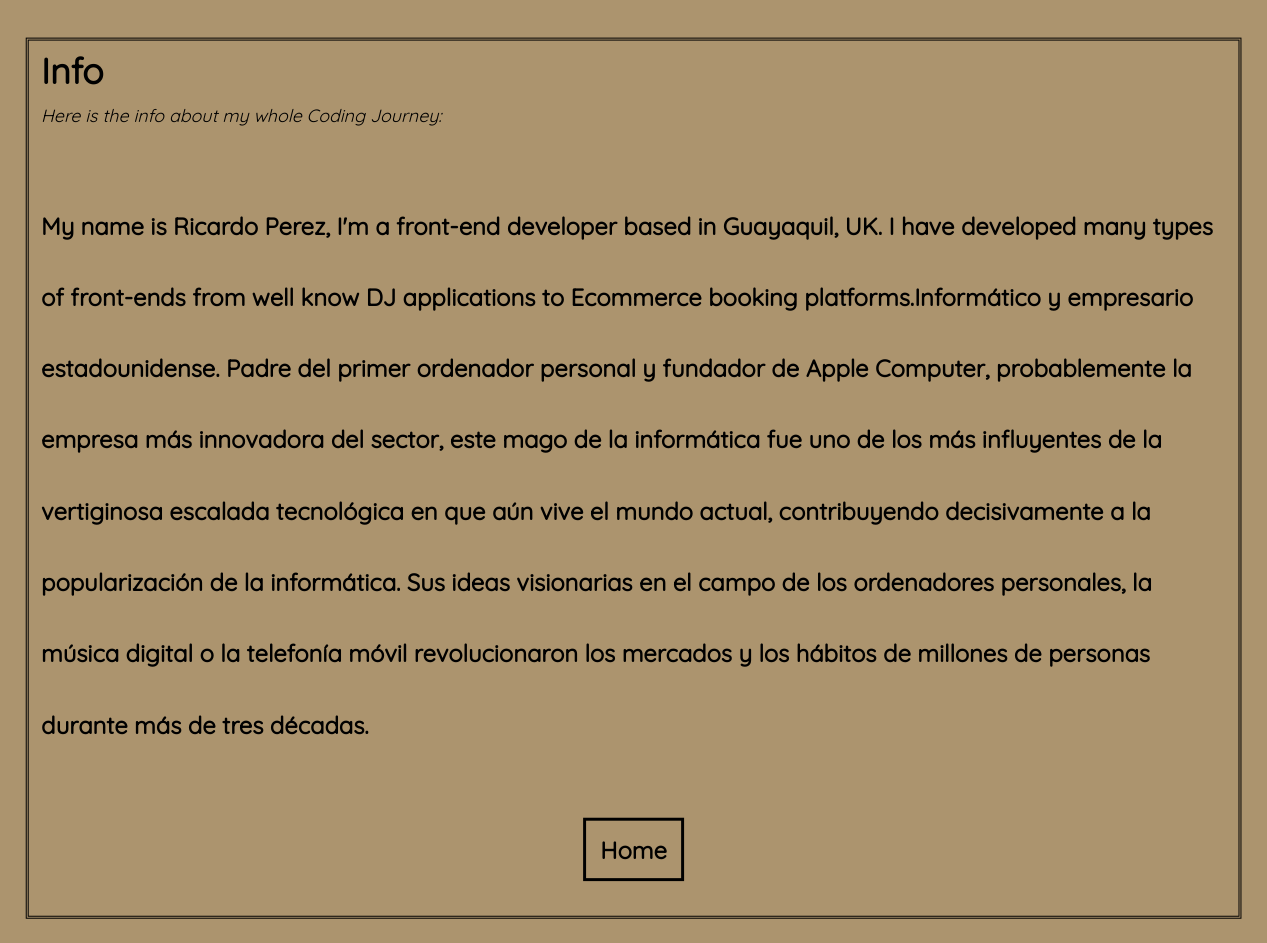
Repository: rickypcyt/ricky-react-portfolio
Page: /Info
An editor plug-in stored every save of this project. The page is shown before and after a run of saves, followed by the edit.
The browser window is 1280 px wide. The pictures show the whole page, at 99% of full size.
The project was rebuilt for these pictures with package versions that can differ from the ones it lists, and the page was loaded fresh each time. Also part of the build but not shown: src/Content.js, src/pages/Projects.js, src/pages/Contact.js, src/pages/WebMural.js, src/pages/NotesJS.js.

Above is the page before, as saved 2022-09-12 18:20:31.

### src/index.js
import React from "react";
import ReactDOM from "react-dom/client";
import "./index.css";
import App from "./App";
import reportWebVitals from "./reportWebVitals";
import { BrowserRouter, Routes, Route, Switch } from "react-router-dom";

const root = ReactDOM.createRoot(document.getElementById("root"));
root.render(
  <React.StrictMode>
    <BrowserRouter>
      <App />
    </BrowserRouter>
  </React.StrictMode>
);

// If you want to start measuring performance in your app, pass a function
// to log results (for example: reportWebVitals(console.log))
// or send to an analytics endpoint. Learn more: https://bit.ly/CRA-vitals
reportWebVitals();

### src/index.css
@import url("https://fonts.googleapis.com/css2?family=Quicksand");

input[type="file"] {
  display: none;
}
.container {
  top: 0%;
  left: 0%;
}
::marker {
  display: none;
}
.image-container {
  width: 100%;
  margin: auto;
  display: flex;
  flex-direction: row;
  justify-content: space-evenly;
  gap: 15px;
  padding: 10px;
}
body {
  line-height: 1;
  font-family: "Quicksand";
  font-size: large;
  margin: 2%;
  padding: 1%;
  border-style: double;
  margin-top: 3%;
  background: #ac946e;
}
ol {
  list-style: none;
  display: flex;
  padding: 0;
  justify-content: space-around;
  align-items: flex-start;
  display: flex;
  flex-wrap: wrap;
  align-content: center;
}
.content {
  position: absolute;
  right: calc(var(--pad) * 2);
  bottom: calc(var(--pad) * 2);
  white-space: nowrap;
}
.parrafo {
  line-height: 1.5;
  text-align: end;
  font-size: larger;
  padding-top: 1%;
}
.parrafo span {
  display: block;
}
.titulo {
  margin: 0;
}
.oli {
  font-weight: bold;
  border-style: solid;
  font-size: x-large;
  padding: 1ch;
}
.descripcion {
  font-weight: lighter;
  font-style: oblique;
}
.oli:hover {
  color: black;
  border-style: dotted;
}
.page {
  padding-top: 2%;
  padding-bottom: 3%;
}
.pageContact {
  padding-top: 8%;
  padding-bottom: 9%;
}
.cabeceranavi {
  padding-bottom: 2%;
}
p {
  font-weight: bold;
}
a {
  color: black;
  text-decoration: none;
  padding: 0ch;
}
span {
  font-size: larger;
}
li {
  width: 7%;
  height: 10%;
}
ul {
  list-style-type: none;
  margin: 0%;
  display: flex;
  align-items: center;
  flex-direction: row;
  padding-top: 5%;
  padding-bottom: 5%;
  padding-left: 0%;
  justify-content: space-around;
}
.imagenes {
  display: block;
  height: auto;
  width: auto;
  padding-top: 5%;
  padding-bottom: 5%;
}

.imagenesproyect {
  position: relative;
}
.fixer {
  display: flex;
  flex-direction: row;
  justify-content: space-evenly;
  padding-bottom: 3%;
}
.overlay {
  position: absolute;
  top: 0.83cm;

  background: rgb(0, 0, 0);
  background: rgb(2, 0.3, 0.9, 0.6); /* Black see-through */
  color: #f1f1f1;
  width: 100%;
  transition: 0.5s ease;
  color: white;
  text-align: center;
  font-size: 20px;
  padding-top: 20px;
  padding-bottom: 20px;
  opacity: 0;
}
.imagenesproyect:hover .overlay {
  opacity: 1;
}
.overlay2 {
  position: absolute;
  bottom: 31px;
  background: rgb(0, 0, 0);
  background: rgba(40, 40, 40, 0.6); /* Black see-through */
  color: #f1f1f1;
  width: 100%;
  transition: 0.5s ease;
  color: white;
  text-align: center;
  font-size: 20px;
  padding-top: 20px;
  padding-bottom: 20px;
  opacity: 0;
}
.imagenesproyect:hover .overlay2 {
  opacity: 1;
}

.homeinfo {
  font-size: x-large;
  line-height: 300%;
}

@media screen and (max-width: 1340px) {
  .fixer {
    flex-direction: column;
    justify-content: center;
  }
  .imagenes {
    height: auto;
    width: 100%;
  }
  ol {
  }
}

.image-container {
  width: auto;
  margin: auto;
  /* display: flex; */
  flex-wrap: wrap;
  gap: 15px;
  padding: 10px;
}

.image-container img {
  max-width: 100%;
  max-height: 225px;
}

.container .image-container .image {
  border: 4px solid black;
  overflow: hidden;
  /* cursor: pointer; */
}

.container .image-container .image img {
  height: 100%;
  width: 100%;
}
@media (max-width: 700px) {
  .image-container img {
    max-height: -10px;
  }
  .cabeceranavi {
    padding-bottom: 7%;
  }
  .homeinfo {
    font-size: x-large;
    line-height: 150%;
  }
}

.image:hover {
  transform: scale(
    1.15
  ); /* (150% zoom - Note: if the zoom is too large, it will go outside of the viewport) */
}

### src/App.js
import Content from "./Content";
import Info from "./pages/Info";
import Projects from "./pages/Projects";
import Contact from "./pages/Contact";
import WebMural from "./pages/WebMural";
import NotesJS from "./pages/NotesJS";
import { Route, Routes, Switch } from "react-router-dom";

function App() {
  return (
    <>
      <Routes>
        <Route path="/" element={<Content />}/>
        <Route path="/Projects" element={<Projects />} />
        <Route path="/Info" element={<Info />} />
        <Route path="/Contact" element={<Contact />} />
        <Route path="/WebMural" element={<WebMural />} />
        <Route path="/NotesJS" element={<NotesJS />} />
      </Routes>
    </>
  );
}
export default App;

### src/pages/Info.js
import { Link, useMatch, useResolvedPath } from "react-router-dom";
export default function Info() {
  return (
    <main>
      <div id="Page">
        <div className="cabecera">
          <h1 className="titulo">Info </h1>
          <p className="descripcion">
            Here is the info about my whole Coding Journey:
          </p>
        </div>
        <div className="separador">
          <section className="page" style={{ display: "block", opacity: 1 }}>
            <div className="homeinfo">
              <p>
                My name is Ricardo Perez, I'm a front-end developer based in
                Guayaquil, UK. I have developed many types of front-ends
                from well know DJ applications to Ecommerce booking
                platforms.Informático y empresario estadounidense. Padre del
                primer ordenador personal y fundador de Apple Computer,
                probablemente la empresa más innovadora del sector, este mago de
                la informática fue uno de los más influyentes de la vertiginosa
                escalada tecnológica en que aún vive el mundo actual,
                contribuyendo decisivamente a la popularización de la
                informática. Sus ideas visionarias en el campo de los
                ordenadores personales, la música digital o la telefonía móvil
                revolucionaron los mercados y los hábitos de millones de
                personas durante más de tres décadas.
              </p>
            </div>
          </section>
          <nav className="cabeceranavi">
            <ol>
              <div>
                <CustomLink to="/" className="oli">
                  Home
                </CustomLink>
              </div>
            </ol>
          </nav>
        </div>
      </div>
    </main>
  );
}

function CustomLink({ to, children, ...props }) {
  const resolvedPath = useResolvedPath(to);
  const isActive = useMatch({ path: resolvedPath.pathname, end: true });
  return (
    <li className={isActive ? "active" : ""}>
      <Link to={to} {...props}>
        {children}
      </Link>
    </li>
  );
}

Loaded but not shown: public/index.html (common file); src/reportWebVitals.js (common file)

After the next 2 saves:
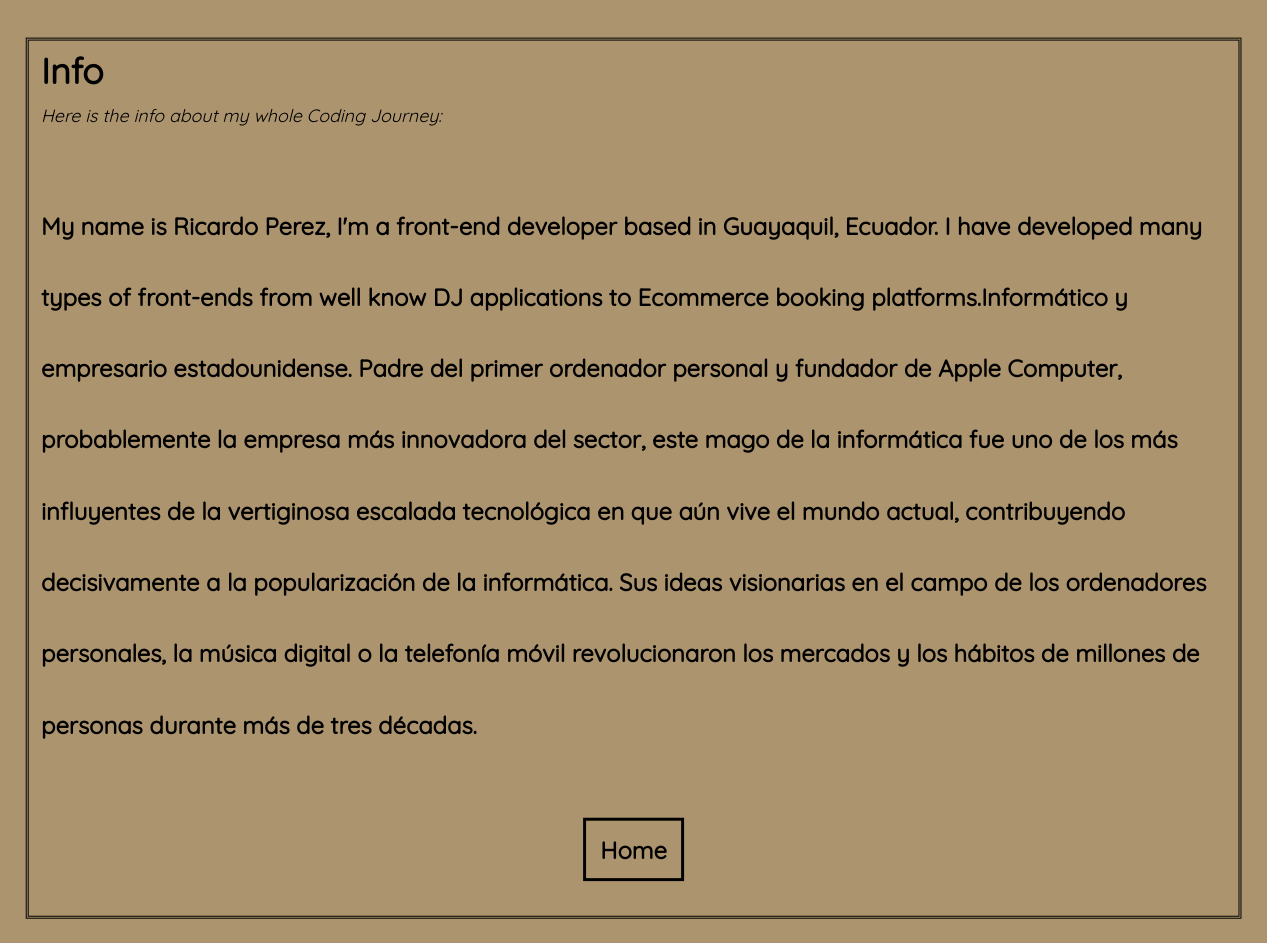
The 2 saves are shown as one change because they came seconds apart.
The last was saved 5 s later.
--- a/src/pages/Info.js
+++ b/src/pages/Info.js
@@ -14,7 +14,7 @@ export default function Info() {
             <div className="homeinfo">
               <p>
                 My name is Ricardo Perez, I'm a front-end developer based in
-                Guayaquil, UK. I have developed many types of front-ends
+                Guayaquil, Ecuador. I have developed many types of front-ends
                 from well know DJ applications to Ecommerce booking
                 platforms.Informático y empresario estadounidense. Padre del
                 primer ordenador personal y fundador de Apple Computer,
